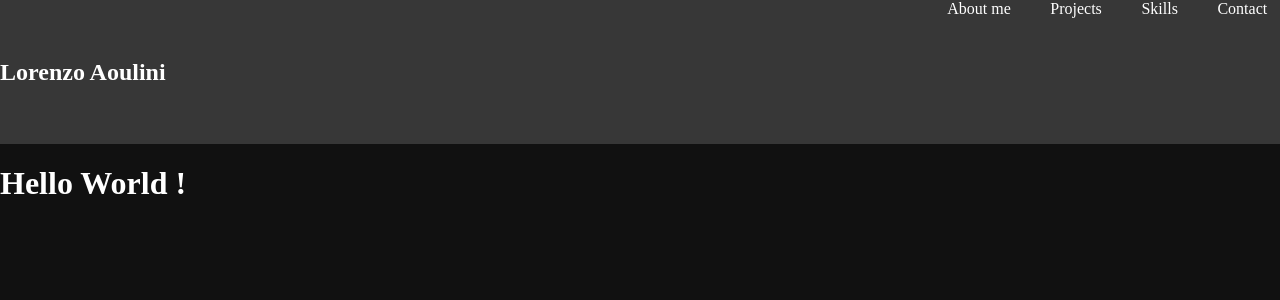
Repository: lolo298/lolo298.github.io
Page: index.html
These files come from the project's save history. The page is drawn as it stood at one moment and after the next save; the edit follows.
The browser window is 1280 px wide. The pictures show the whole page.

Above is the page before, as saved 2022-05-09 17:33:32.

### index.html
<!DOCTYPE html>
<html lang="en">

<head>
    <meta charset="UTF-8">
    <meta http-equiv="X-UA-Compatible" content="IE=edge">
    <meta name="viewport" content="width=device-width, initial-scale=1.0">
    <link rel="stylesheet" href="css/style.css">
    <title>Portfolio</title>
</head>

<body>
    <div class="main-container">
        <nav class="main-navbar">
            <h1>Lorenzo Aoulini</h1>
            <div class="main-navbar-list">
                <a class="main-navbar-item" href="#">About me</a>
                <a class="main-navbar-item" href="#">Projects</a>
                <a class="main-navbar-item" href="#">Skills</a>
                <a class="main-navbar-item" href="#">Contact</a>
            </div>
        </nav>
        <h1>Hello World !</h1>

    </div>

</body>

</html>

### css/style.css
html {
    background-color: #111111;
}

body {
    padding: 0;
    margin: 0;
    width: 100vw;
    height: 100vh;
}

.main-container {
    color: white;
    height: 100%;
    width: 100%;
}

.main-navbar {
    background-color: #373737;
    height: 20%;
    width: 100%;
    display: flex;
    justify-content: space-between;
    align-items: center;
}

.main-navbar>* {
    margin: 0;
}

.main-navbar-list {
    width: 25%;
    display: flex;
    flex-direction: row;
    align-items: center;
    justify-content: space-between;
    list-style: none;
    margin-right: 1%;
    height: 100%;
}

.main-navbar-item {
    text-decoration: none;
    color: white;
    width: max-content;
    height: 100%;
    vertical-align: middle;
}

.main-navbar-item:hover {
    background-color: #6A6A6A;
}

After the next save:
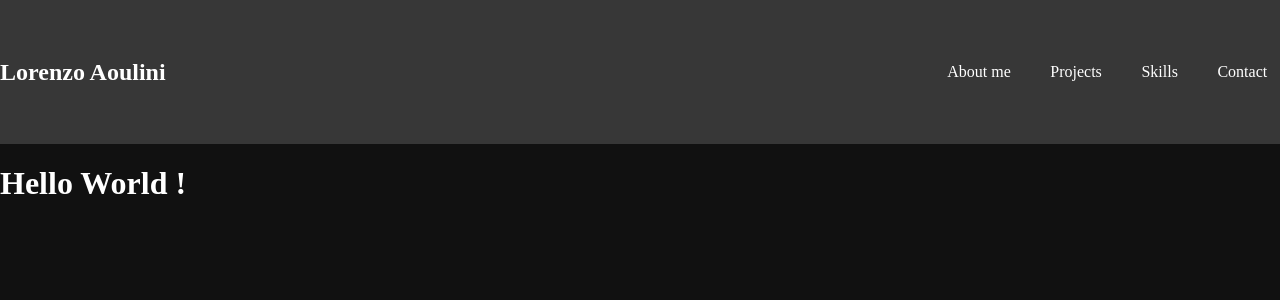
Saved 12 s later.
--- a/css/style.css
+++ b/css/style.css
@@ -43,8 +43,6 @@
     text-decoration: none;
     color: white;
     width: max-content;
-    height: 100%;
-    vertical-align: middle;
 }
 
 .main-navbar-item:hover {

After the 4 saves that followed:
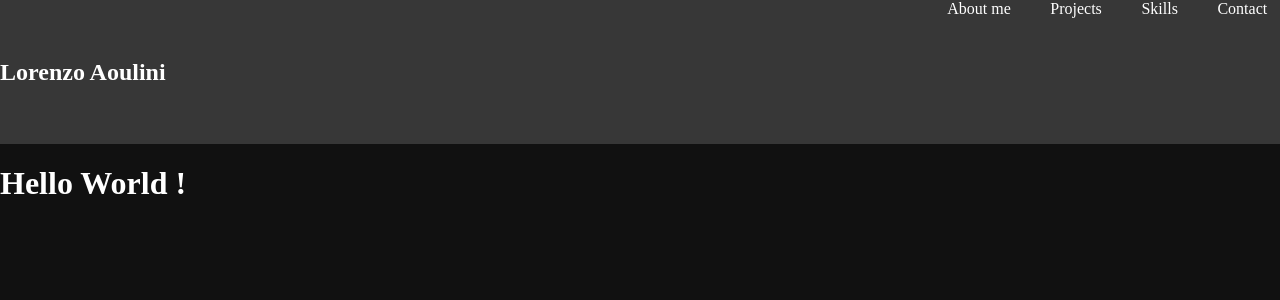
The 4 saves are shown as one change because 2 left the picture as it was and some came seconds apart.
The last was saved 65 s later.
--- a/css/style.css
+++ b/css/style.css
@@ -43,6 +43,7 @@
     text-decoration: none;
     color: white;
     width: max-content;
+    height: 100%;
 }
 
 .main-navbar-item:hover {
